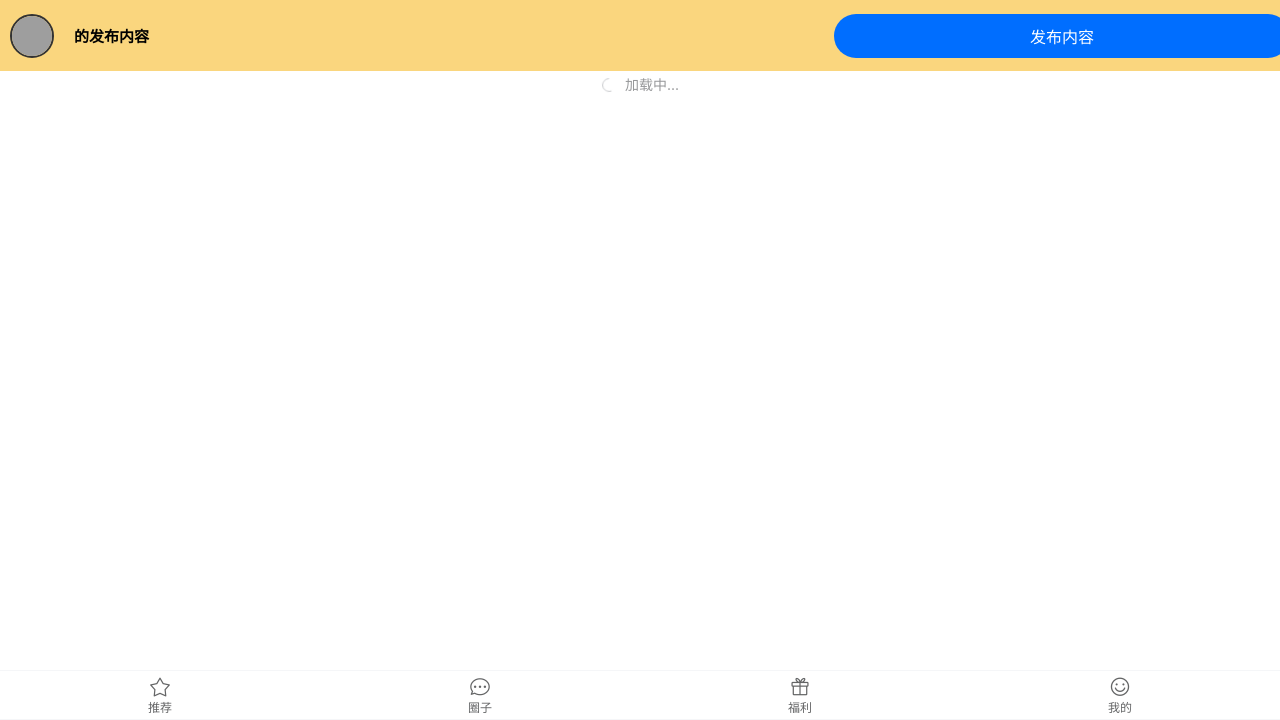
Repository: pbw-langwang/dm
Page: /#/fabu (app in dm_vue/)
An editor plug-in stored every save of this project. The page is shown before and after the next save, followed by the edit.
The browser window is 1280 px wide. The pictures show the whole page.
The page's requests for data from a server got no answer. The project was rebuilt for these pictures with package versions that can differ from the ones it lists, and the page was loaded fresh each time. No one was signed in, and anything a server would have sent is missing. Also part of the build but not shown: dm_vue/src/components/HelloWorld.vue, dm_vue/src/components/video.vue, dm_vue/src/components/setting.vue, dm_vue/src/components/gift.vue, dm_vue/src/components/Regist.vue, dm_vue/src/components/history.vue, dm_vue/src/components/Search.vue, dm_vue/src/components/SearchList.vue and 2 more.

Above is the page before, as saved 2021-06-22 16:05:54.

### dm_vue/index.html
<!DOCTYPE html>
<html>
  <head>
    <meta charset="utf-8">
    <meta name="viewport" content="width=device-width,initial-scale=1.0">
    <title>toutiao</title>
  </head>
  <body>
    <div id="app"></div>
    <!-- built files will be auto injected -->
  </body>
</html>

### dm_vue/src/main.js
// The Vue build version to load with the `import` command
// (runtime-only or standalone) has been set in webpack.base.conf with an alias.
import Vue from 'vue'
import App from './App'
import router from './router'
import Vant from 'vant'
import 'vant/lib/index.css'
import axios from 'axios'
import VueAxios from 'vue-axios'

Vue.use(VueAxios, axios)
Vue.use(Vant);

axios.defaults.baseURL = 'http://localhost:8080/dm/';
axios.defaults.withCredentials = true;

Vue.config.productionTip = false

Vue.filter("dateFormat", function (dateStr, pattern = "") {
    var dt = new Date(dateStr);
    var y = dt.getFullYear();
    var m = dt.getMonth() + 1;
    var d = dt.getDate();
    if (pattern.toLowerCase() == "yyyy-mm-dd") {
        return `${y}年${m}月${d}日`
    } else {
        var hh = dt.getHours();
        var mm = dt.getMinutes();
        var ss = dt.getSeconds();
        return `${y}年${m}月${d}日 ${hh}:${mm}:${ss}`
    }
})

/* eslint-disable no-new */
new Vue({
    el: '#app',
    router,
    components: { App },
    template: '<App/>'
})

### dm_vue/src/App.vue
<template>
  <div id="app">
    <router-view />

    <van-tabbar v-model="active" route>
      <van-tabbar-item name="home" to="/" icon="star-o">推荐</van-tabbar-item>
      <van-tabbar-item name="search" to="/video" icon="chat-o"
        >圈子</van-tabbar-item
      >
      <van-tabbar-item name="search" to="/gift" icon="point-gift-o"
        >福利</van-tabbar-item
      >
      <van-tabbar-item name="setting" to="/setting" icon="smile-o"
        >我的</van-tabbar-item
      >
    </van-tabbar>
  </div>
</template>

<script>
export default {
  name: "App",
  data() {
    return {
      active: "home",
    };
  },
};
</script>

### dm_vue/src/router/index.js
import Vue from 'vue'
import Router from 'vue-router'
import HelloWorld from '@/components/HelloWorld'
import video from '@/components/video'
import setting from '@/components/setting'
import Gift from '@/components/gift'
import Regist from '@/components/Regist'
import History from "@/components/History"
import Search from "@/components/Search"
import SearchList from "@/components/SearchList"
import Postdetail from "@/components/Postdetail"
import Authord from "@/components/Authord"
import fabu from "@/components/fabu"

Vue.use(Router)

export default new Router({
    routes: [{
            path: '/',
            name: 'HelloWorld',
            component: HelloWorld
        },
        {
            path: '/video',
            name: 'Video',
            component: video
        },
        {
            path: '/setting',
            name: 'setting',
            component: setting
        },
        {
            path: "/gift",
            name: "gift",
            component: Gift
        },
        {
            path: "/Regist",
            name: "Regist",
            component: Regist
        }, {
            path: "/History",
            name: "History",
            component: History
        }, {
            path: "/Search",
            name: "Search",
            component: Search
        }, {
            path: "/SearchList/:value",
            name: "SearchList",
            component: SearchList
        }, {
            path: "/Postdetail/:value",
            name: "Postdetail",
            component: Postdetail
        },
        {
            path: "/Authord/:value",
            name: "Authord",
            component: Authord
        },
        {
            path: "/fabu",
            name: "fabu",
            component: fabu
        }
    ]
})

### dm_vue/src/components/fabu.vue
<template>
  <div>
    <div class="top">
      <img :src="picIp+userimg" />
      <p class="name">{{username}} 的发布内容</p>
      <p>发布内容</p>
    </div>

    <van-pull-refresh v-model="refreshing" @refreshing="onRefresh">
      <van-list
        v-model="loading"
        :finished="finished"
        finished-text="没有更多"
        @load="onLoad"
      >
        <van-cell v-for="item in list" :key="item.postid">
          <div class="contentList" @click="gotopostdetail(item.postid)">
            <p style="margin: 5px 0">{{item.postcontent}}</p>
            <img style="width: 80%" :src="picIp+item.postimg"/>
          </div>
        </van-cell>
      </van-list>
    </van-pull-refresh>
  </div>
</template>

<script>
export default {
    name:"fabu",
    data(){
        return {
            picIp:"http://localhost:8080/pic/",
            pageIndex:1,
            list:[],
            userimg:localStorage.getItem("userImg"),
            username:localStorage.getItem("username"),
            loading:false,
            finished:false,
            refreshing:false,
        }
    },
    mounted(){

    },
    methods:{
        gotopostdetail(postId){
          this.$router.push("Postdetail/"+postId);
        },

        onLoad(){
          if(this.refreshing){
            this.list=[];
            this.refreshing=false;
          }
          this.axios.get("userpost/getByid?current="+this.pageIndex+"&size=3&username="+localStorage.getItem("username")).then((response)=>{
            this.list=this.list.concat(response.data.records);
            this.loading=false;
            if(this.pageIndex>=response.data.pages){
                this.finished=true;
            }
            this.pageIndex++;
          })
        },
        onRefresh(){
            this.finished=false;
            this.pageIndex=1;
            this.loading=true;
            this.onLoad();
        },
    }
}
</script>

<style scoped>
.top{
  width: 100%;
  display: flex;
  align-items: center;
  padding: 10px;
  position: fixed;
  top: 0;
  background-color: rgb(250,214,126);
}
.top img{
  width: 40px;
  height: 40px;
  border-radius: 50%;
  border: #333 solid 2px;
}
.top .name{
  flex: 5;
  padding-left: 20px;
  font-size: 15px;
  font-weight: 700;
}
.top p:nth-child(3){
  flex: 3;
  display: inline-block;
  background-color: rgb(0, 110, 255);
  color: white;
  text-align: center;
  margin: 0;
  padding: 10px 0;
  border-radius: 25px;
}


.van-pull-refresh{
  margin-top: 60px;
}

.contentList{
  margin-bottom: 30px;
  border-bottom: #999 solid 5px;
}
</style>

After the next save:
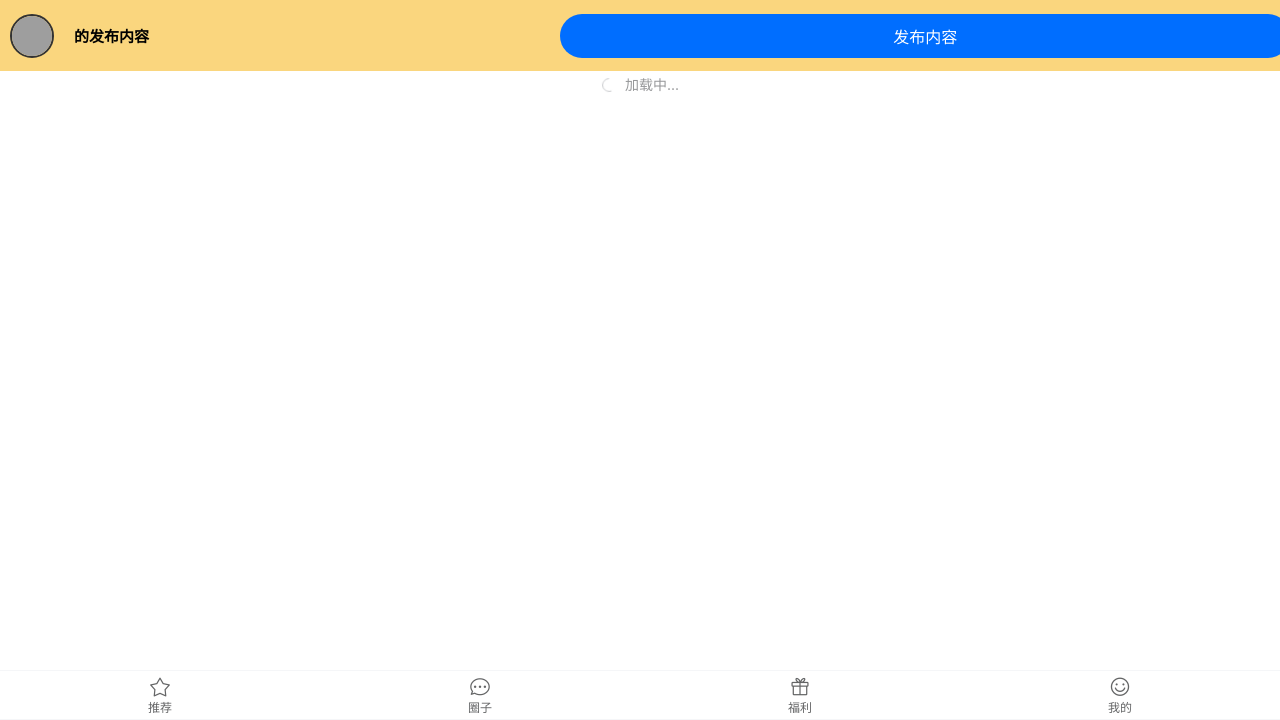
Saved 13 s later.
--- a/dm_vue/src/components/fabu.vue
+++ b/dm_vue/src/components/fabu.vue
@@ -88,7 +88,7 @@ export default {
   border: #333 solid 2px;
 }
 .top .name{
-  flex: 5;
+  flex: 2;
   padding-left: 20px;
   font-size: 15px;
   font-weight: 700;
